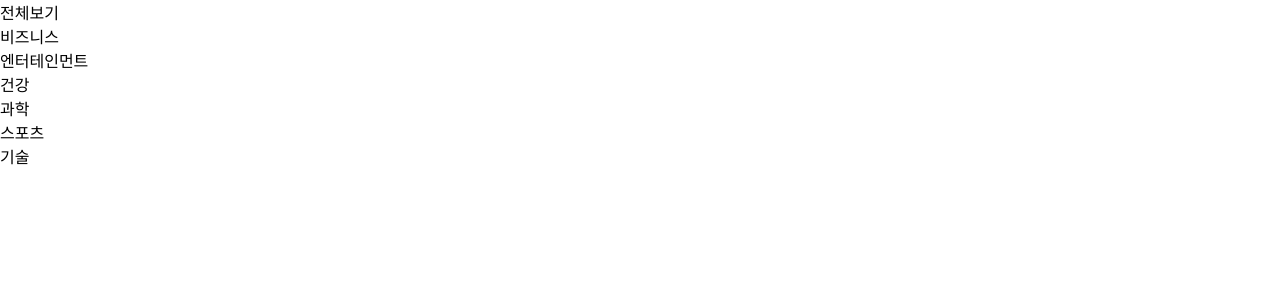
Repository: parkhyeonki/news-viewer
Page: /
An editor plug-in stored every save of this project. The page is shown before and after the next save, followed by the edit.
The browser window is 1280 px wide. The pictures show the whole page.
The page's requests for data from a server got no answer. The project was rebuilt for these pictures with package versions that can differ from the ones it lists, and the page was loaded fresh each time. No one was signed in, and anything a server would have sent is missing. Also part of the build but not shown: src/App.css, src/components/NewsItem/NewsItem.js.

Above is the page before, as saved 2022-05-19 15:43:58.

After the next save:
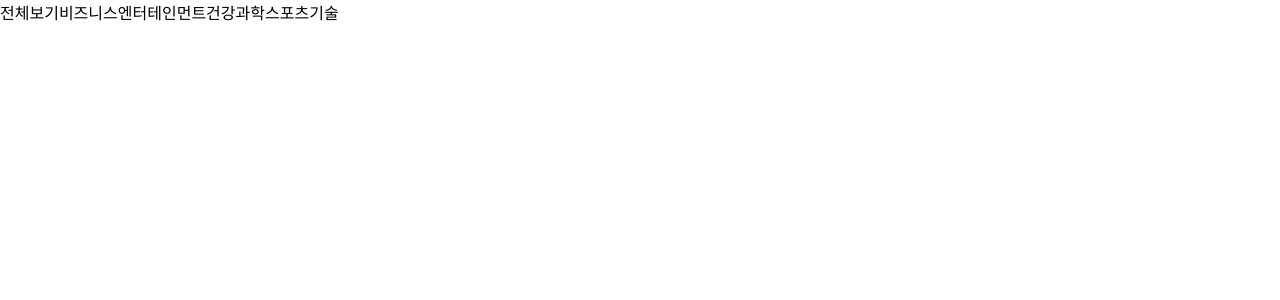
Saved 2 min 16 s later.
--- a/src/components/Categories/Categories.js
+++ b/src/components/Categories/Categories.js
@@ -31,7 +31,9 @@ const categories = [
   },
 ];
 
-const CategoriesBlock = styled.div``;
+const CategoriesBlock = styled.div`
+  display: flex;
+`;
 
 const Category = styled.div``;
 
